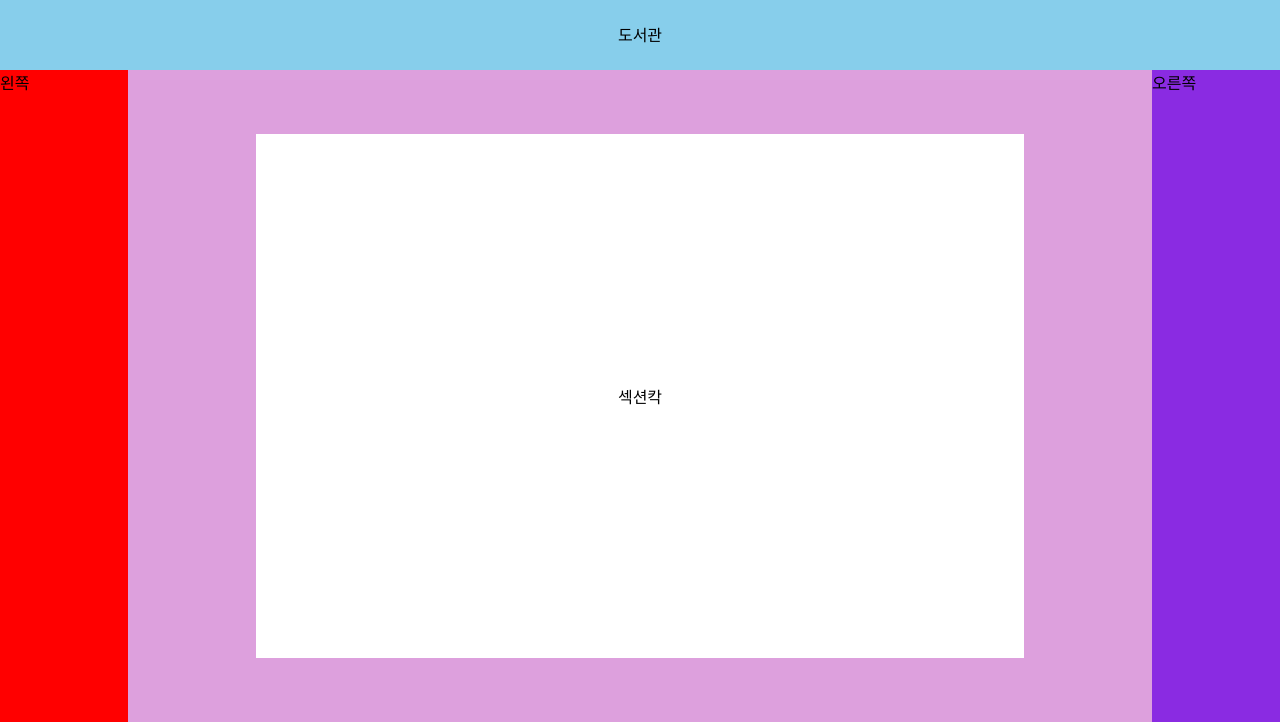
Repository: sojihwan/API_-Multi
Page: / (app in API/)
An editor plug-in stored every save of this project. The page is shown before and after the next save, followed by the edit.
The browser window is 1280 px wide. The pictures show the whole page.
The project was rebuilt for these pictures with package versions that can differ from the ones it lists, and the page was loaded fresh each time. Also part of the build but not shown: API/src/App.css.

Above is the page before, as saved 2022-05-24 15:24:27.

### API/src/App.js
import "./App.css";
import Layout from "./Layout/Layout";

function App() {
  return (
    <div>
      <Layout />
    </div>
  );
}

export default App;

### API/src/Layout/layout.js
import React from "react";
import "./Layout.css";
import Section from "./Section";

function Layout() {
  return (
    <div className="layout">
      <header>도서관</header>
      <main>
        <aside>왼쪽</aside>
        <Section />
        <aside>오른쪽</aside>
      </main>
    </div>
  );
}

export default Layout;

### API/src/Layout/layout.css
.layout {
  box-sizing: border-box;
}

header {
  width: 100%;
  height: 70px;
  line-height: 70px;
  text-align: center;
  background: skyblue;
}

aside {
  top: 70px;
}

main aside:first-child {
  position: absolute;
  left: 0;
  width: 10%;
  height: 90.6%;
  background: red;
}

main {
  display: flex;
  justify-content: center;
  align-items: center;
  min-height: 90.6vh;
  background: plum;
}

main aside:last-child {
  position: absolute;
  right: 0;
  width: 10%;
  height: 90.6%;
  background: blueviolet;
}

### API/src/Layout/Section.js
import React from "react";
import "../Layout/Section.css";

function Section() {
  return (
    <div className="section">
      <div>섹션칵</div>
    </div>
  );
}

export default Section;

### API/src/Layout/Section.css
.section {
  width: 60%;
  padding: 250px 0;
  text-align: center;
  background: white;
}

Loaded but not shown: API/public/index.html (common file); API/src/index.js (common file); API/src/index.css (common file); API/src/reportWebVitals.js (common file)

After the next save:
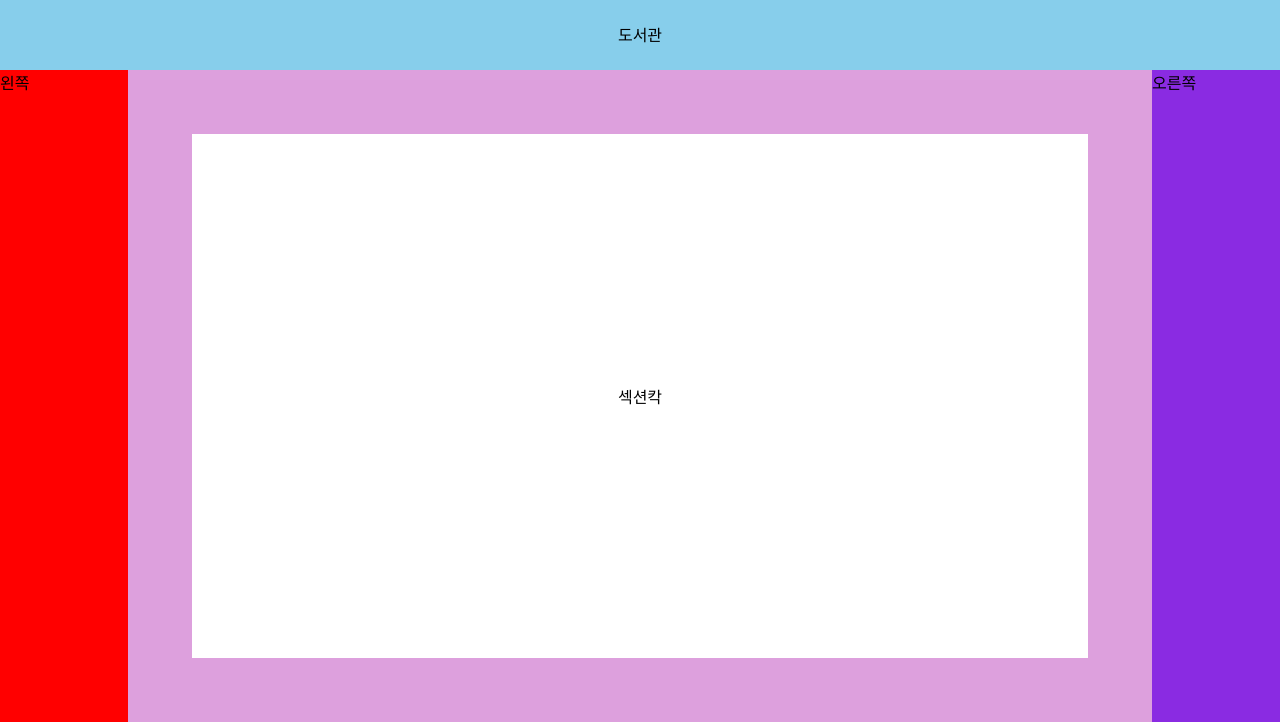
Saved 6 s later.
--- a/API/src/Layout/Section.css
+++ b/API/src/Layout/Section.css
@@ -1,5 +1,5 @@
 .section {
-  width: 60%;
+  width: 70%;
   padding: 250px 0;
   text-align: center;
   background: white;
